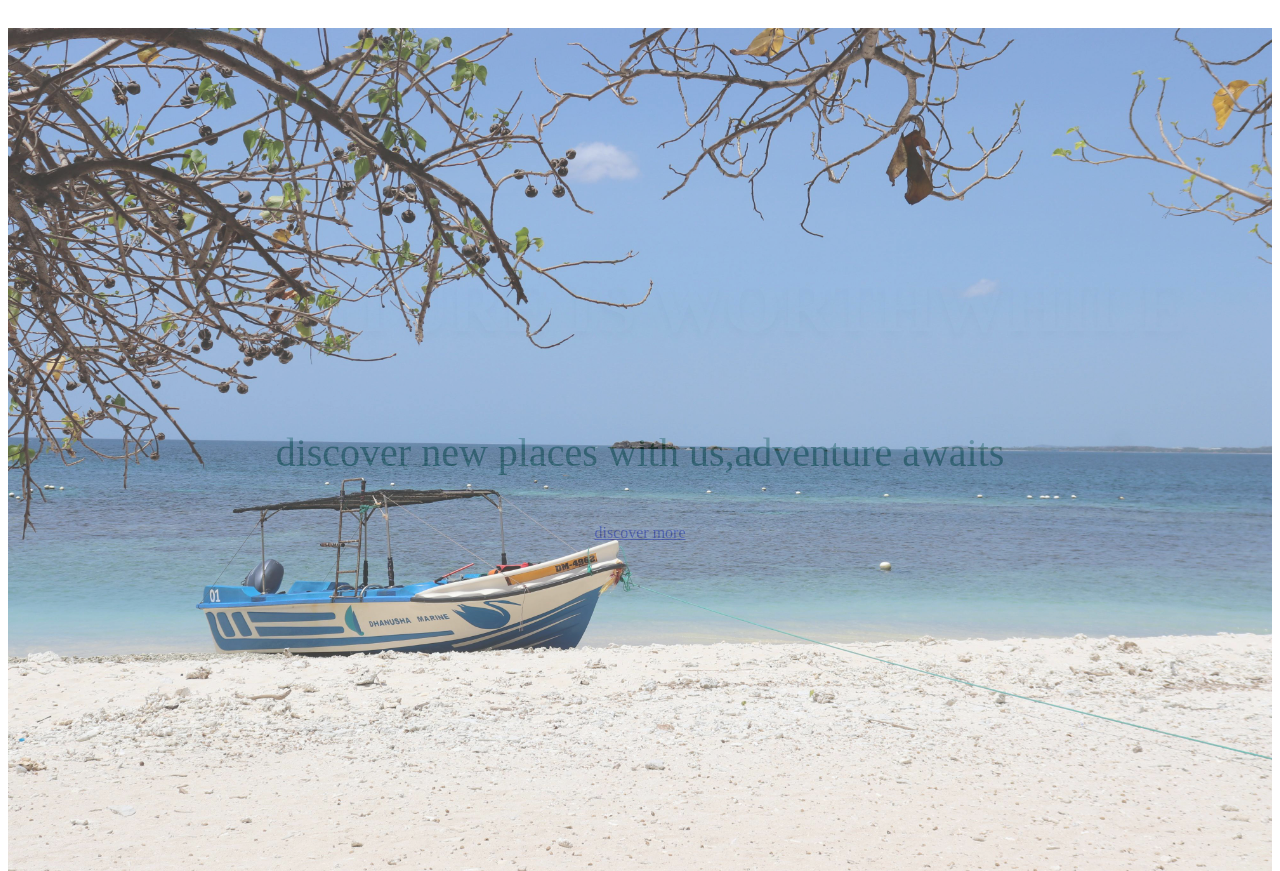
Repository: KasunInd27/Ceylon-Journey
Page: Home/home.html
These files come from the project's save history. The page is drawn as it stood at one moment and after the next save; the edit follows.
The browser window is 1280 px wide. The pictures show the whole page.

Above is the page before, as saved 2024-10-05 13:49:19.
Console error: SyntaxError: Unexpected token '<'

After the next save:
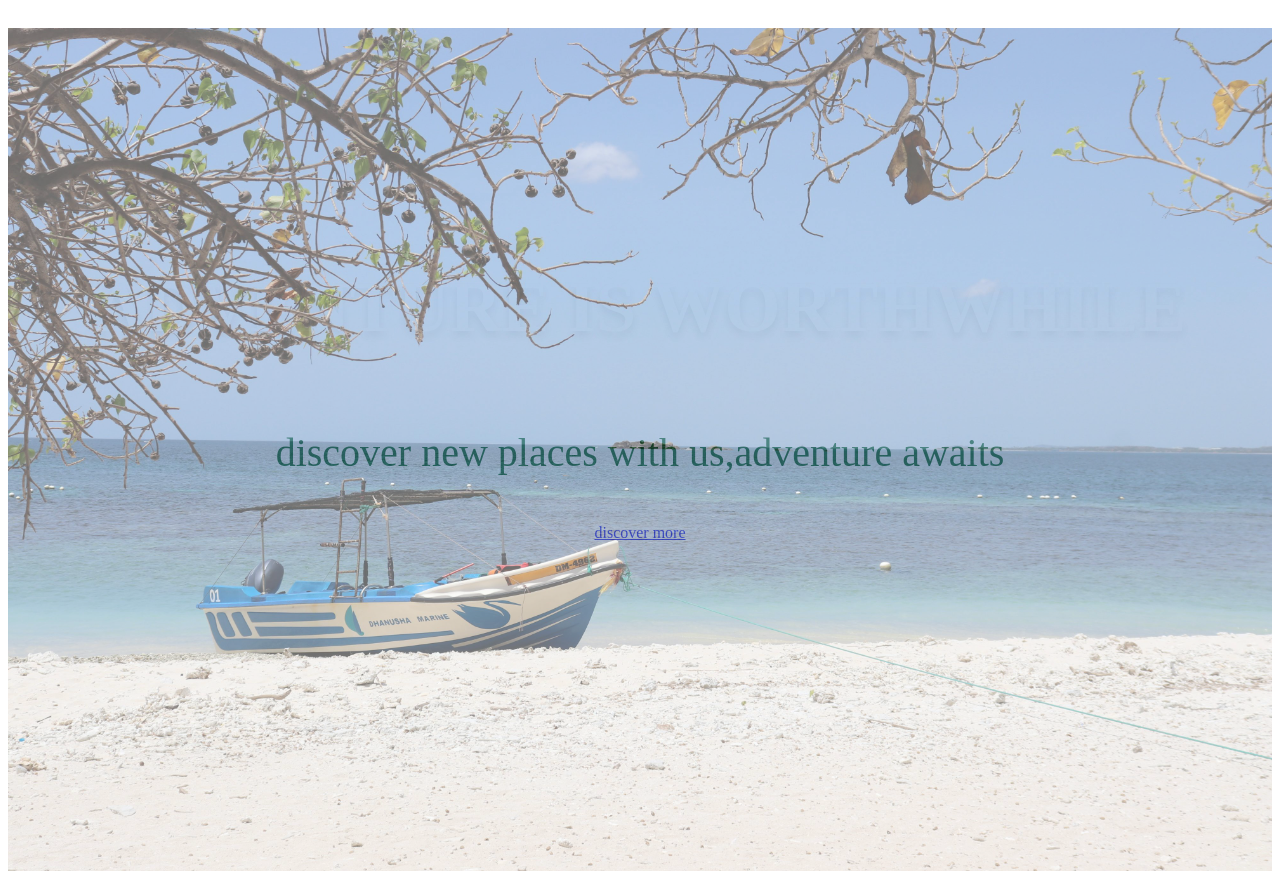
Saved 26 s later.
--- a/Home/CSS/home.css
+++ b/Home/CSS/home.css
@@ -75,5 +75,5 @@
     position:absolute;
     width: 100%;
     height: 50%;
-    opacity: 0.80;
+    opacity: 0.60;
 }
